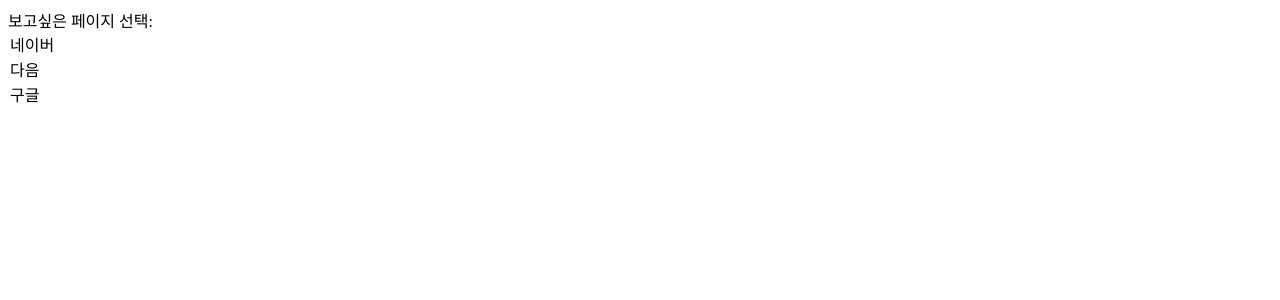
Repository: zoselakt/My_practice_JSP
Page: http://localhost/day02/forward_test.jsp
These files come from the project's save history. The page is drawn as it stood at one moment and after the next save; the edit follows.
The browser window is 1280 px wide. The pictures show the whole page.
The page is served by Tomcat 9.

Above is the page before, as saved 2022-02-26 12:53:47.

After the next save:
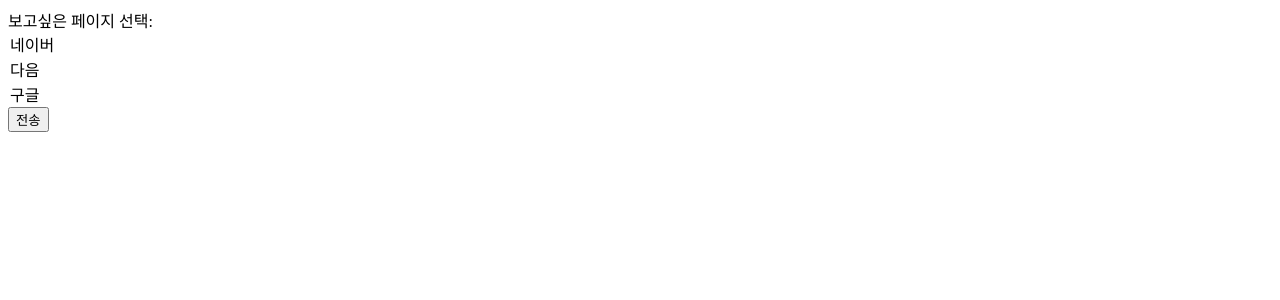
Saved 27 s later.
--- a/day02/WebContent/forward_test.jsp
+++ b/day02/WebContent/forward_test.jsp
@@ -14,6 +14,7 @@
 			<option value="daum">다음</option>
 			<option value="google">구글</option>
 		</selcet>
+		<input type="button" value="전송"
 	</form>
 </body>
 </html>
